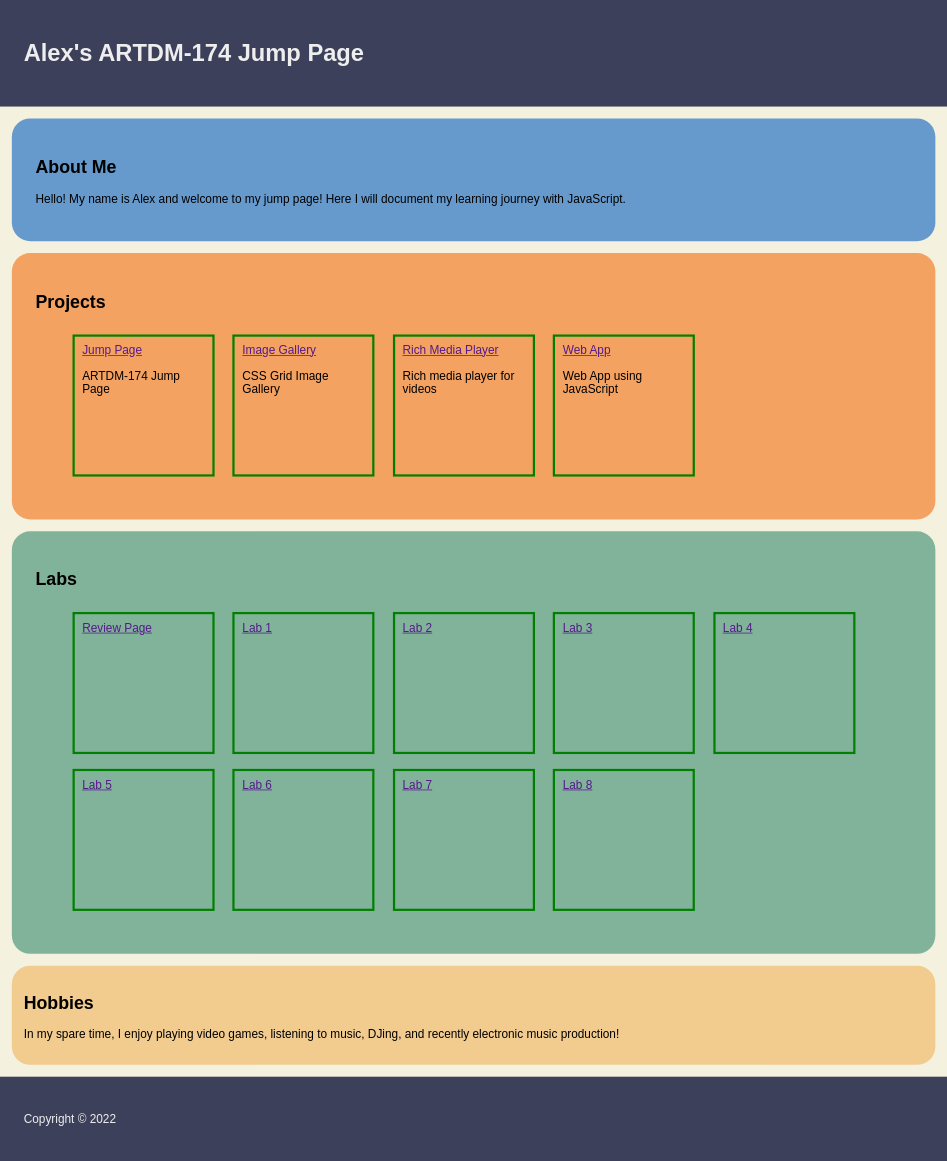
Repository: alexmaddux99/Jump-Page
Page: index.html
The author's editor kept a copy of each file at every save. The page is drawn from the files as they stood at one save, then again after the next save.
The browser window is 1280 px wide. The pictures show the whole page, at 74% of full size.
Some web fonts or font styles are not loaded; a fallback is used.

Above is the page before, as saved 2022-02-15 10:00:31.

### index.html
<!DOCTYPE html>
<html lang="en">
<head>
    <meta charset="UTF-8">
    <meta http-equiv="X-UA-Compatible" content="IE=edge">
    <meta name="viewport" content="width=device-width, initial-scale=1.0">
    <link rel="stylesheet" href="css/main.css">
    <link rel="preconnect" href="https://fonts.gstatic.com" crossorigin>
<link href="https://fonts.googleapis.com/css2?family=Roboto&display=swap" rel="stylesheet">
<link rel="preconnect" href="https://fonts.googleapis.com">
<link rel="preconnect" href="https://fonts.gstatic.com" crossorigin>
<link href="https://fonts.googleapis.com/css2?family=Zen+Old+Mincho:wght@900&display=swap" rel="stylesheet">
    <title>ARTDM-174 Jump Page</title>
</head>
<body>
    <header>
        <h1>Alex's ARTDM-174 Jump Page</h1>
    </header>

    <main>
        <section class="intro">
            <h2>About Me</h2>
            <p>Hello! My name is Alex and welcome to my jump page! Here I will document my learning journey with JavaScript.</p>
        </section>

        <section class="projects">
            <h2>Projects</h2>
            <ul>
                <li><a href="">Jump Page</a><p>ARTDM-174 Jump Page</p></li>

                <li><a href="">Image Gallery</a>
                <p>CSS Grid Image Gallery</p></li>
                <li><a href="">Rich Media Player</a>
                <p>Rich media player for videos</p></li>
                <li><a href="">Web App</a>
                <p>Web App using JavaScript</p></li>
            </ul>
        </section>

        <section class="labs">
            <h2>Labs</h2>
           <ul>
               <li><a href="">Review Page</a></li>
               <li><a href="">Lab 1</a></li>
               <li><a href="">Lab 2</a></li>
               <li><a href="">Lab 3</a></li>
               <li><a href="">Lab 4</a></li>
               <li><a href="">Lab 5</a></li>
               <li><a href="">Lab 6</a></li>
               <li><a href="">Lab 7</a></li>
               <li><a href="">Lab 8</a></li>
           </ul>
        </section>



    </main>
    <aside>
        <h2>Hobbies</h2>
        <p>In my spare time, I enjoy playing video games, listening to music, DJing, and recently electronic music production!</p>
    </aside>

    <footer>
        <p>
            Copyright &copy; 2022
        </p>
    </footer>

</body>
</html>

### css/main.css
@keyframes fadeInAnimation {
	0% {
		opacity: 0;
	}
	100% {
		opacity: 1;

	}

}

@keyframes test{
	0%{

	}

	100%
	{

	padding: .5rem 1rem;
	transition: all 1s ease;
	}
}

* {
    box-sizing: border-box;
  }

  body {
    animation: fadeInAnimation ease 1s;
    animation-iteration-count: 1;
    animation-fill-mode: forwards;
    margin:0;
    padding: 0;
    background-color: #f4f1de;
    font-family: 'Raleway', sans-serif;
  }

  header, footer {
    background: #3d405b;
    color: #eee;
    padding: 2rem;

  }



  .intro {

      background:#6699CC;
    padding: 2rem;
    margin: 1rem;
    border-radius: 25px;
  }

  aside {
    background-color: #f2cc8f;
    padding: 1rem;
    margin: 1rem;
    border-radius: 25px;
  }

  .projects {
    background-color: #f4a261;
    padding: 2rem;
    margin: 1rem;
    border-radius: 25px;
  }

  .labs {
    background-color: #81b29a;
    padding: 2rem;
    margin: 1rem;
    border-radius: 25px;
  }

  .projects li, .labs li {
    border: 3px solid green;
    margin: 10px;
    padding: 10px;
    width: 12rem;
    height:12rem;
    display: inline-block;
  }

   ol {
    list-style: none;
     padding: 0;
  }

  li{
    transition:  .5s ease-in;
  }

  li:hover{
    transition:  .5s ease-out;
	background-color: red;
	padding: .5rem 1rem;
  }

After the next save:
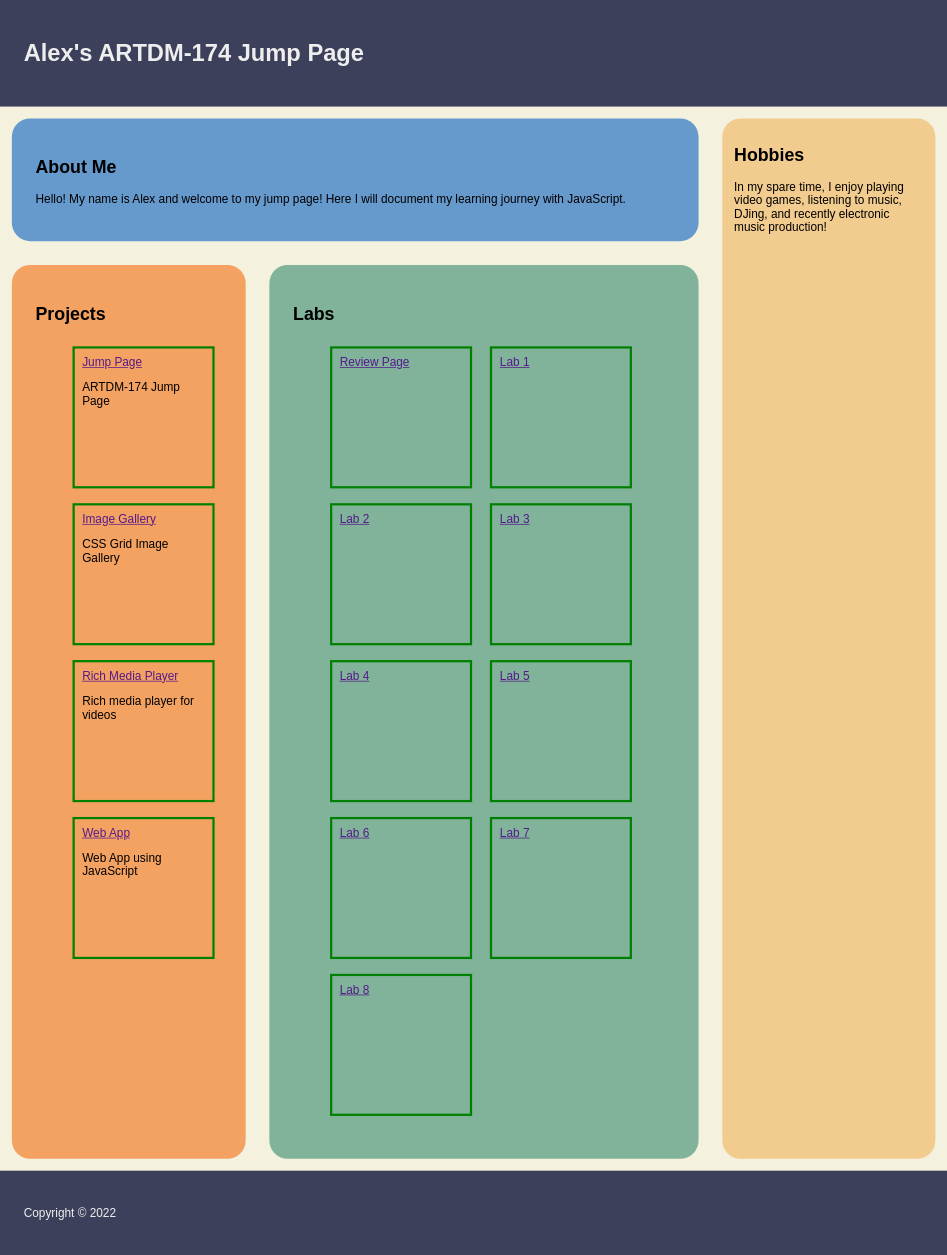
Saved 42 s later.
--- a/css/main.css
+++ b/css/main.css
@@ -97,3 +97,27 @@
 	background-color: red;
 	padding: .5rem 1rem;
   }
+
+
+  @media screen and (min-width: 900px) {
+
+
+
+    body {
+      display: grid;
+      grid-template-columns: 3fr 1fr;
+    }
+
+    header, footer {
+      grid-column: 1 / 4;
+    }
+
+    main {
+      display: grid;
+      grid-template-columns: 1fr 2fr;
+   }
+
+    .intro {
+      grid-column: 1/3;
+    }
+  }
